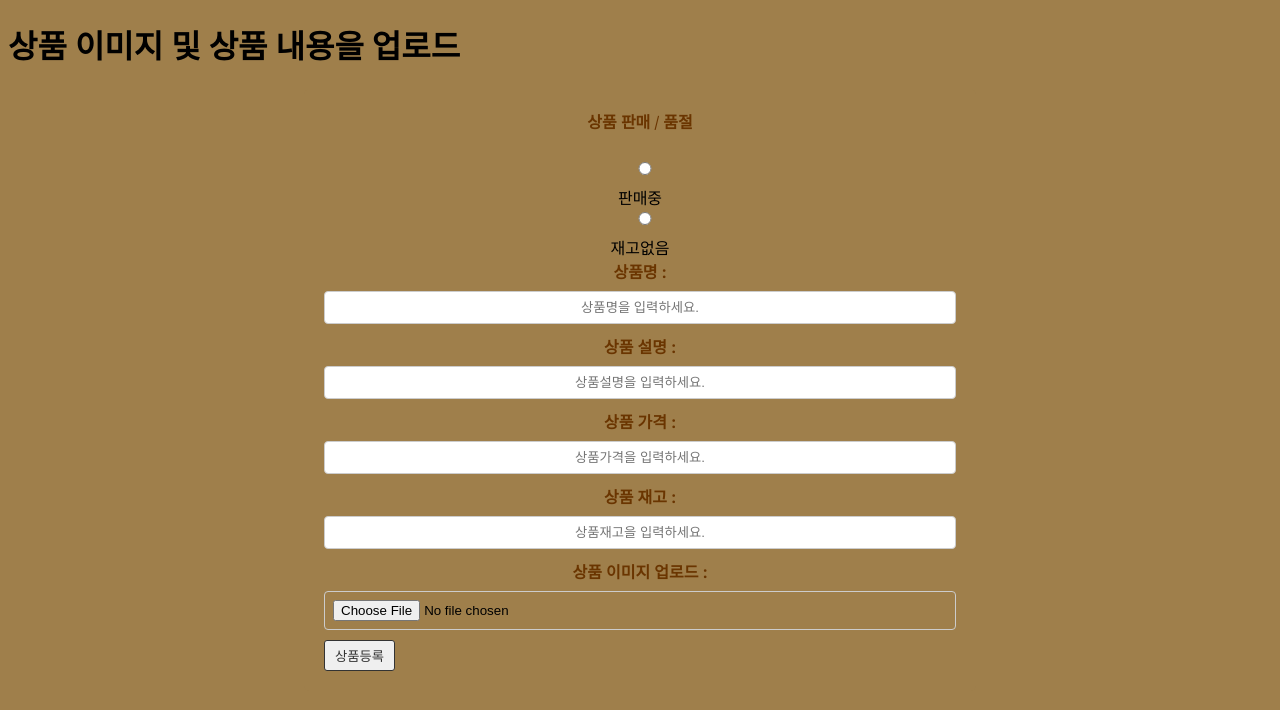
Repository: ks31030/HOME-SHOP
Page: http://localhost/addProductForm
These files come from the project's save history. The page is drawn as it stood at one moment and after the next save; the edit follows.
The browser window is 1280 px wide. The pictures show the whole page.
The page is this project's Thymeleaf template; nobody is signed in. The template is opened directly, without the code that normally fills it, so the values that code supplies are empty.

Above is the page before, as saved 2023-12-13 11:58:59.

After the next save:
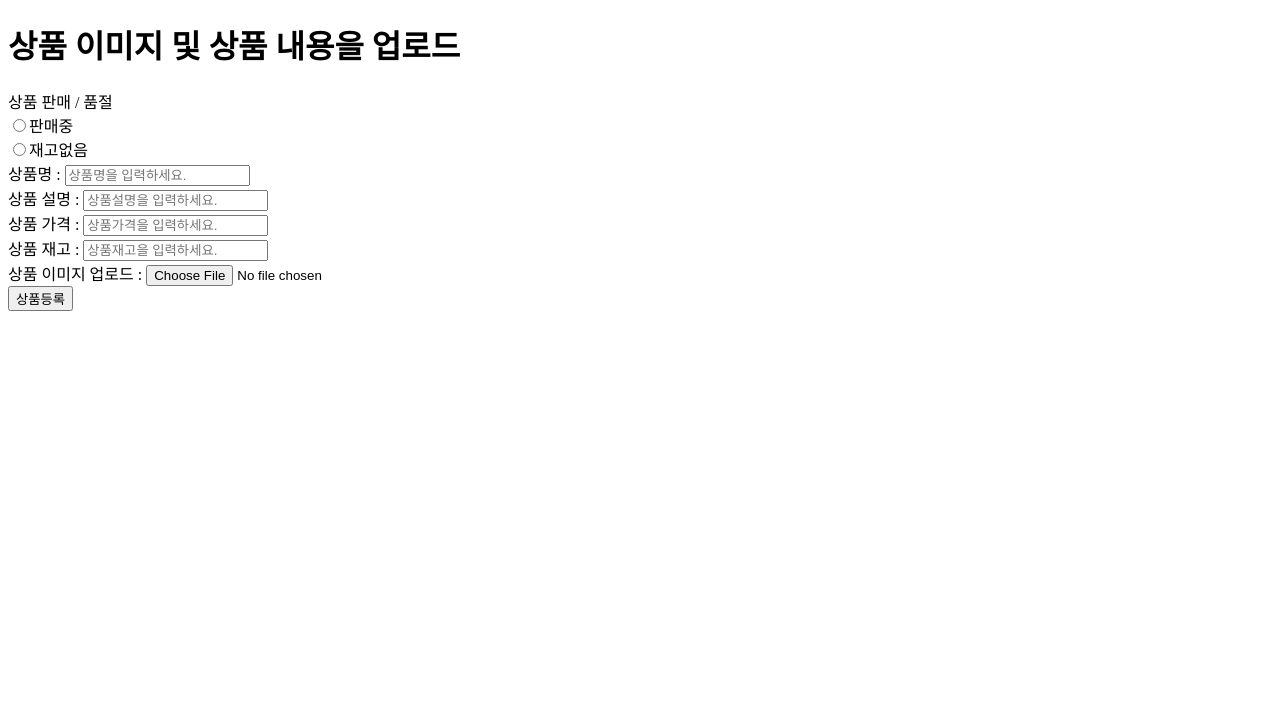
Saved 20 s later.
--- a/Final-JPA-Shop/src/main/resources/templates/addProductForm.html
+++ b/Final-JPA-Shop/src/main/resources/templates/addProductForm.html
@@ -3,7 +3,6 @@
 	<head>
 		<meta charset="UTF-8">
 		<title>addProductForm</title>
-		<link rel="stylesheet" href="/css/styles.css" th:href="@{/css/styles.css}" />
 	</head>
 	<body>
 		<h1>상품 이미지 및 상품 내용을 업로드</h1>
